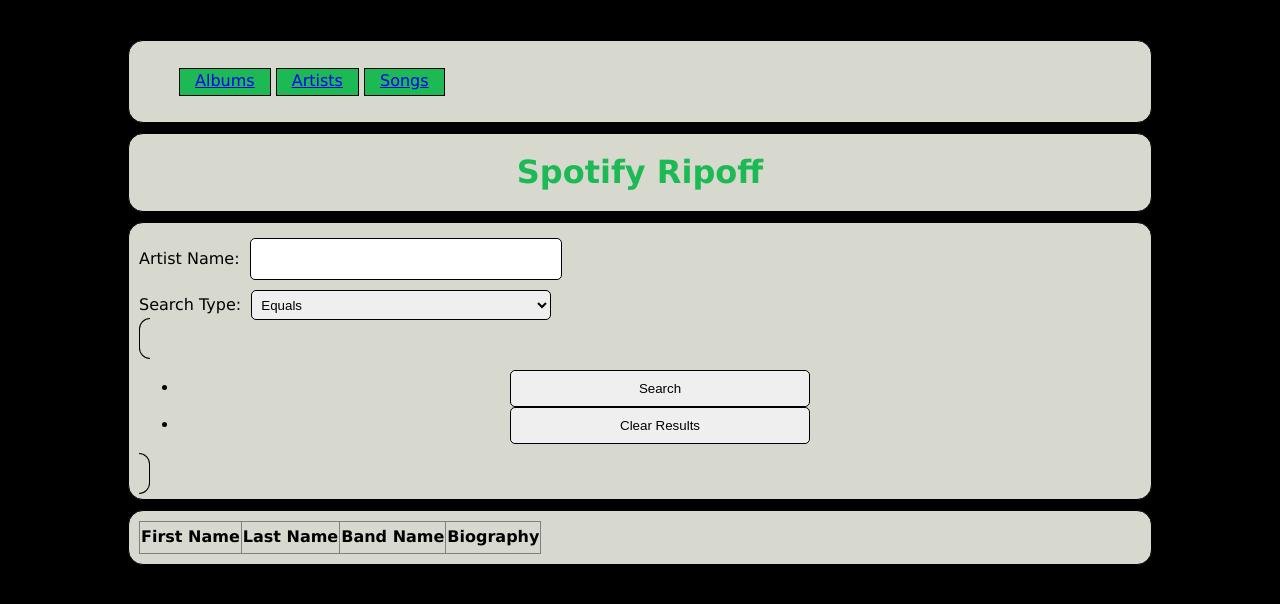
Repository: RRGTHWAR/bkg16_INFSCI1017
Page: bkg16_Music_FinalProject/WebContent/artist.html
These files come from the project's save history. The page is drawn as it stood at one moment and after the next save; the edit follows.
The browser window is 1280 px wide. The pictures show the whole page.

Above is the page before, as saved 2019-04-07 20:46:02.

### bkg16_Music_FinalProject/WebContent/artist.html
<!DOCTYPE html>
<html>
<head>
<meta charset="UTF-8">
<title>Artists</title>
<link href="css/style.css" rel="stylesheet" type="text/css" />
<script src="js/jquery-3.3.1.min.js"></script>
</head>
<body>
	<div id="navBar">
		<ul>
			<li><a href="album.html" title="Albums">Albums</a></li>
			<li><a href="artist.html" title="Artists">Artists</a></li>
			<li><a href="song.html" title="Songs">Songs</a></li>
		</ul>
	</div>
	<h1 id="mainHeader" >Spotify Ripoff</h1>
	<div id="artistSearch" class="searchBox" >
		<div>
			Artist Name: <input type="text" id="artistName" name="artistName" value="" class="textField" />
		</div>
		<div>
			Search Type:
			<select name="searchType" id="searchType" class="textField">
				<option value="equals">Equals</option>
				<option value="begins">Begins</option>
				<option value="ends">Ends</option>
				<option value="contains">Contains</option>
				<option value="">All</option>
			</select>
		</div>
		<div id="buttons" >
			<ul>
				<li><input type="button" id="btnSearch" name="btnSubmit" class="actButton" value="Search" /></li>
				<li><input type="button" id="btnClear" name ="btnClear" class="actButton" value="Clear Results" /></li>
			</ul>
		</div>
	</div>

	<div id="searchResults">
		<table border="1" id="tblSearchResults">
			<tr>
				<th>First Name</th>
				<th>Last Name</th>
				<th>Band Name</th>
				<th>Biography</th>
			</tr>
		</table>
	</div>

	</body>
	<script>
		$(document).ready(function (){
			$("#btnSearch").click(function (){
				var artistName = $("#artistName").val();
				var searchType = $("#searchType").val();
				// console.log("Song: " + artistName);
				// console.log("SearchType: " + searchType);
				var url = "ArtistListWS?artistName=" + artistName + "&searchType=" + searchType;
				// console.log(url);
				$.get(url, function(resp){
					parseArtistData(resp);
				})
			});
		});

		function parseArtistData(data){
			//$("#searchResults").text(JSON.stringify(data));
			var result = "";

			for(var i=0; i < data.length; i++) {
				var tr = $("<tr></tr>"); //Created empty html table row

				//First data cell
				var td = $("<td></td>"); //Created empty html table data
				td.html(data[i].first_name);
				tr.append(td);

				//Second data cell
				td = $("<td></td>"); //Note that we don't need to redeclare this
				td.html(data[i].last_name);
				tr.append(td);

				//Third data cell
				td = $("<td></td>"); //Note that we don't need to redeclare this
				td.html(data[i].band_name);
				tr.append(td);

				//Fourth data cell
				td = $("<td></td>"); //Note that we don't need to redeclare this
				td.html(data[i].bio);
				tr.append(td);

				//Append row to table
				$("#tblSearchResults").append(tr);
				//result += 'Title: ' + data[i].title + '<br />';
			}

			//$("#searchResults").html(result);
		}

		//Source: https://memorynotfound.com/detect-enter-keypress-javascript-jquery/
		$(document).keypress(function(e) {
			var keycode = (e.keyCode ? e.keyCode : e.which);
			if (keycode == '13') {
				$("#btnSearch").click();
			}
		});


	</script>
</html>

### bkg16_Music_FinalProject/WebContent/css/style.css
@charset "UTF-8";

html, body {
	background-color: black;
}

body {
	font-family: Verdana, Geneva, sans-serif;
	font-size: 100%;
	width: 80%;
	margin-right: auto;
	margin-left: auto;
	padding: 2.5% 2.5% 0;
	line-height: 1.8;
}

h1, h2, h3, h4, h5, h6, p {
	margin: 0;
	padding: 0;
}

h1, h2, h3, h4, h5, h6 {
	color: #1DB954;
}

p {
	margin-bottom: 1em;
}

#navBar {
	background-color: #D7D9CE;
	border: 1px solid #000;
	padding: 10px;
	border-radius: 15px;
}

#navBar ul li {
	background-color: #1DB954;
	margin-left: 0;
	margin-bottom: 10px;
	padding: 2px 15px 5px;
	border: 1px solid #000;
	list-style: none;
	display: inline;
}

#mainHeader {
	background-color: #D7D9CE;
	border: 1px solid #000;
	padding: 10px;
	margin-top: 10px;
	border-radius: 15px;
	text-align: center;
}

.searchBox {
	background-color: #D7D9CE;
	border: 1px solid #000;
	padding: 10px;
	margin-top: 10px;
	border-radius: 15px;
	margin-bottom: 10px;
}

.textField {
	border: 1px solid #000;
	border-radius: 5px;
	padding: 5px;
	margin: 5px;
	width: 300px;
	height: 30px;
}

#searchResults {
	background-color: #D7D9CE;
	border: 1px solid #000;
	padding: 10px;
	margin-top: 10px;
	border-radius: 15px;
	display: block;
	margin: 0 auto;
}

#buttons {
	background-color: #D7D9CE;
	border: 1px solid #000;
	padding: 10px;
	margin-top: 10px;
	border-radius: 15px;
	text-align: center;
	list-style: none;
	display: inline;
}

input[type=button] {
	border: 1px solid #000;
	padding: 10px;
	border-radius: 5px;
	display: block;
	margin: 0 auto;
	width: 300px;
}

#tblSearchResults {
	border-collapse: collapse;
}

#tblSearchResults tr th td {
	border: 1px solid #000;
	padding: 5px;
	border-collapse: collapse;
	display: inline-block;
	margin: 0 auto;
	text-align: center;
}

Loaded but not shown: bkg16_Music_FinalProject/WebContent/js/jquery-3.3.1.min.js (library)

After the next save:
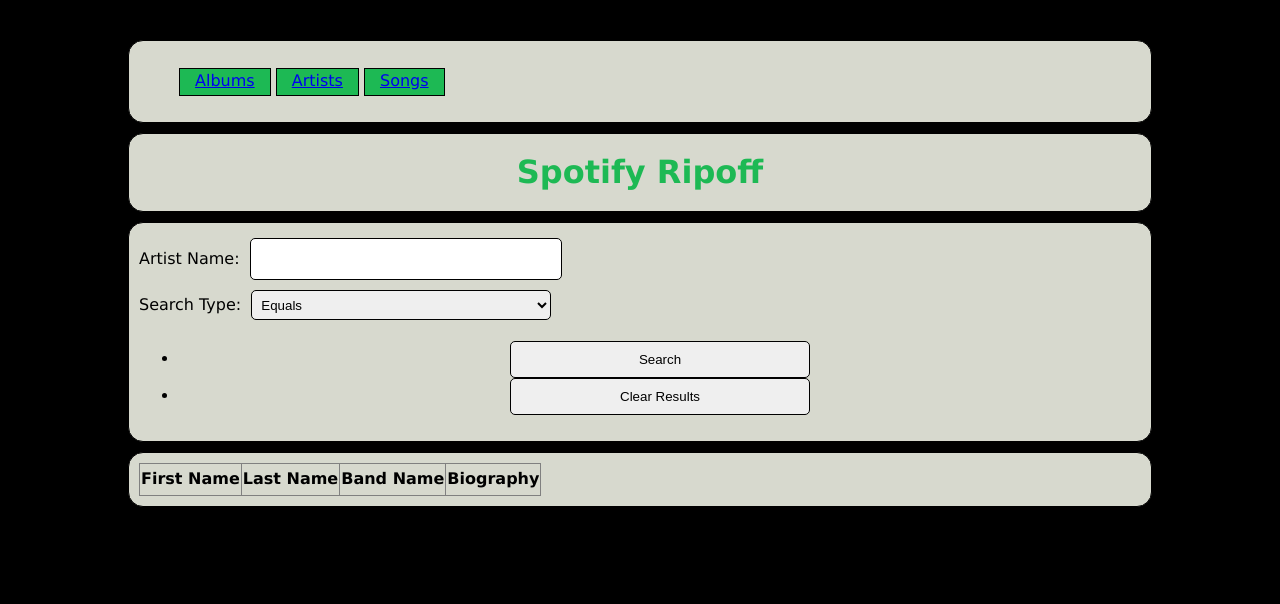
Saved 2 min 3 s later.
--- a/bkg16_Music_FinalProject/WebContent/css/style.css
+++ b/bkg16_Music_FinalProject/WebContent/css/style.css
@@ -81,7 +81,7 @@
 	margin: 0 auto;
 }
 
-#buttons {
+#btns {
 	background-color: #D7D9CE;
 	border: 1px solid #000;
 	padding: 10px;
